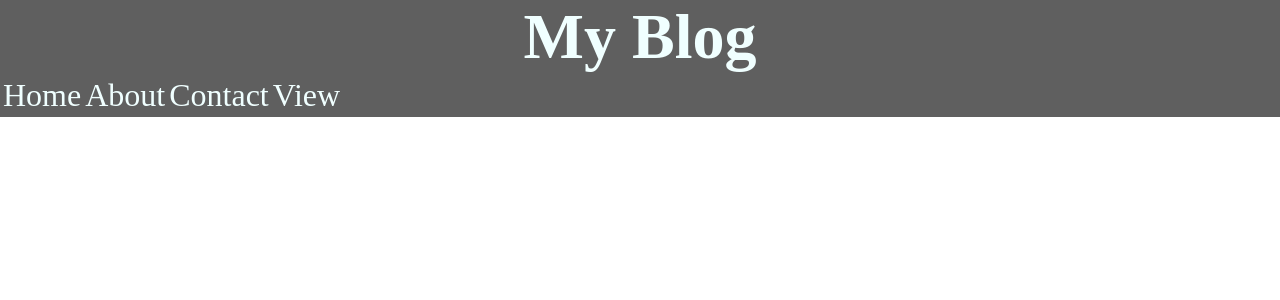
Repository: obusakthi539/Loginform
Page: Myblog.html
These files come from the project's save history. The page is drawn as it stood at one moment and after a run of saves; the edit follows.
The browser window is 1280 px wide. The pictures show the whole page.

Above is the page before, as saved 2025-01-12 12:41:58.

### Myblog.html
<!DOCTYPE html>
<html lang="en">
<head>
    <meta charset="UTF-8">
    <meta name="viewport" content="width=device-width, initial-scale=1.0">
    <title>Document</title>

    <style>
        body{
           margin: 0px;
           padding: 0px;
        }
        .a1{
            background-color: rgba(0, 0, 0, 0.626);
            color: azure;
            text-align: center;
            font-size: xx-large;
            align-items: center;
        }
        h1{
            margin: 0px;
        }
        .super{
            position: relative;
        }
    </style>
</head>
<body>
    <div class="a1">
        <h1>My Blog</h1>
        <table>
            <tr>
                <td>Home</td>
                <td>About</td>
                <td>Contact</td>
                <td>View</td>
            </tr>
        </table>
    </div>
    <div class="super">
        <div class="sub"></div>
        <h1></h1>
    </div>
</body>
</html>

After the next 5 saves:
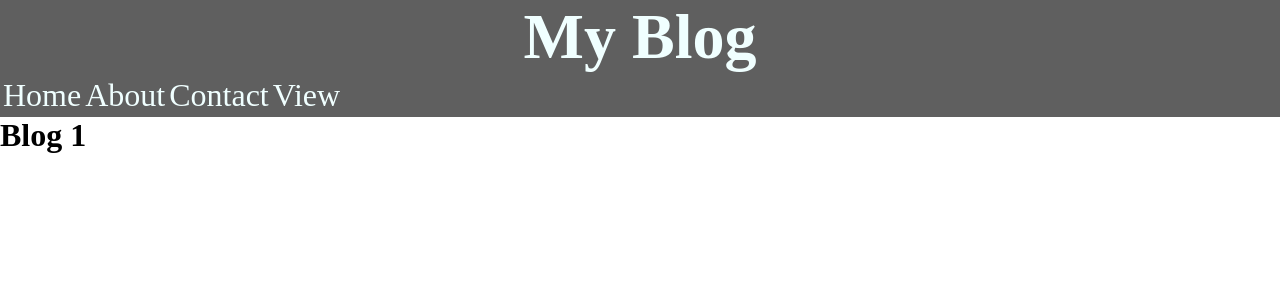
The 5 saves are shown as one change because they came seconds apart.
The last was saved 15 s later.
--- a/Myblog.html
+++ b/Myblog.html
@@ -39,7 +39,8 @@
     </div>
     <div class="super">
         <div class="sub"></div>
-        <h1></h1>
+        <h1>Blog 1</h1>
+        <p></p>
     </div>
 </body>
 </html>
